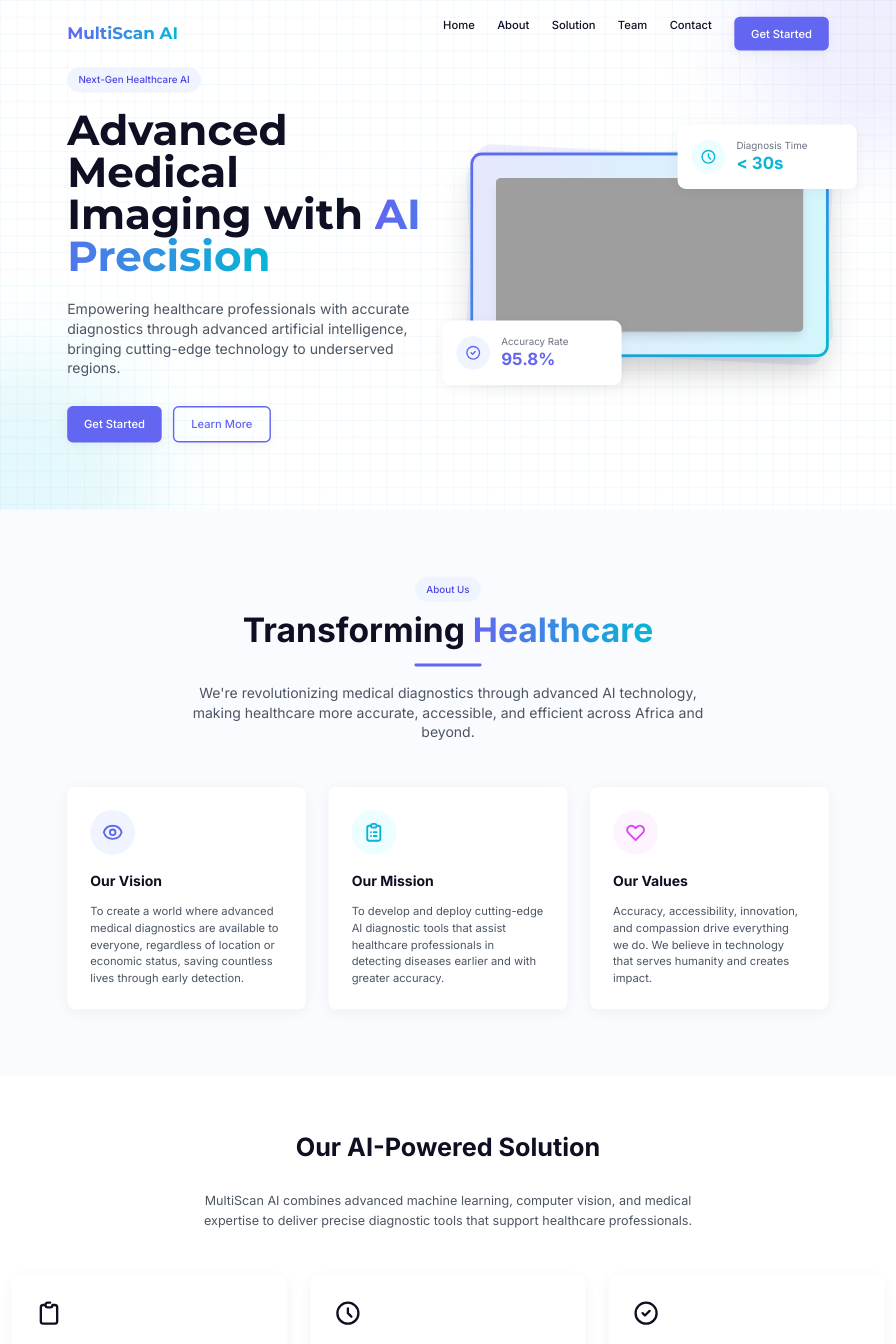
Repository: MultiScan-AI/multiscan-ai.github.io
Page: /
The author's editor kept a copy of each file at every save. The page is drawn from the files as they stood at one save, then again after the next save.
The browser window is 1280 px wide. The pictures show the part of the page from y = 0 to 1920 px (the page is 4607 px tall), at 70% of full size.
Pictures or frames that could not be fetched are drawn as grey boxes. The project was rebuilt for these pictures with package versions that can differ from the ones it lists, and the page was loaded fresh each time. Also part of the build but not shown: vite.config.js, src/App.css.

Above is the page before, as saved 2025-07-01 18:33:48.

After the next save:
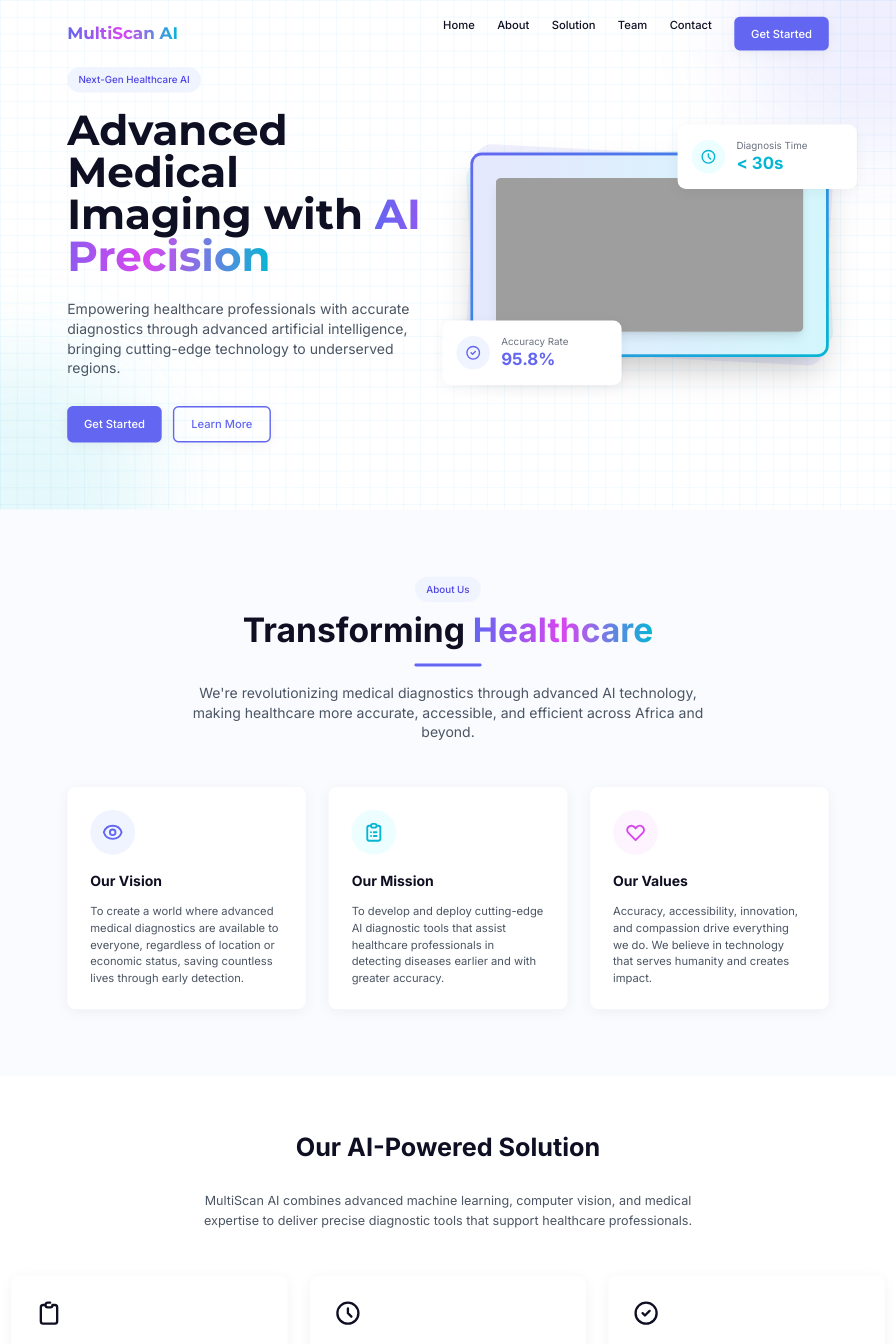
Saved 18 s later.
--- a/src/index.css
+++ b/src/index.css
@@ -51,7 +51,47 @@
   }
 
   .heading-gradient {
-    @apply bg-gradient-to-r from-primary-500 to-secondary-500 text-transparent bg-clip-text;
+    @apply bg-gradient-to-r from-primary-500 via-accent-500 to-secondary-500 text-transparent bg-clip-text;
+  }
+
+  .heading-gradient-alt {
+    @apply bg-gradient-to-r from-secondary-500 via-tertiary-500 to-primary-500 text-transparent bg-clip-text;
+  }
+
+  .gradient-primary {
+    @apply bg-gradient-to-br from-primary-500 to-primary-700;
+  }
+
+  .gradient-secondary {
+    @apply bg-gradient-to-br from-secondary-500 to-secondary-700;
+  }
+
+  .gradient-accent {
+    @apply bg-gradient-to-br from-accent-500 to-accent-700;
+  }
+
+  .gradient-tertiary {
+    @apply bg-gradient-to-br from-tertiary-500 to-tertiary-700;
+  }
+
+  .gradient-hero {
+    background: linear-gradient(135deg, #6366f1 0%, #d946ef 25%, #06b6d4 50%, #10b981 75%, #6366f1 100%);
+    background-size: 400% 400%;
+    animation: gradientShift 8s ease infinite;
+  }
+
+  .gradient-card {
+    background: linear-gradient(145deg, rgba(99, 102, 241, 0.1) 0%, rgba(217, 70, 239, 0.1) 50%, rgba(6, 182, 212, 0.1) 100%);
+  }
+
+  .gradient-border {
+    background: linear-gradient(45deg, #6366f1, #d946ef, #06b6d4, #10b981);
+    background-size: 400% 400%;
+    animation: gradientShift 6s ease infinite;
+  }
+
+  .gradient-glow {
+    box-shadow: 0 0 30px rgba(99, 102, 241, 0.3), 0 0 60px rgba(217, 70, 239, 0.2), 0 0 90px rgba(6, 182, 212, 0.1);
   }
 
   .section-title {
